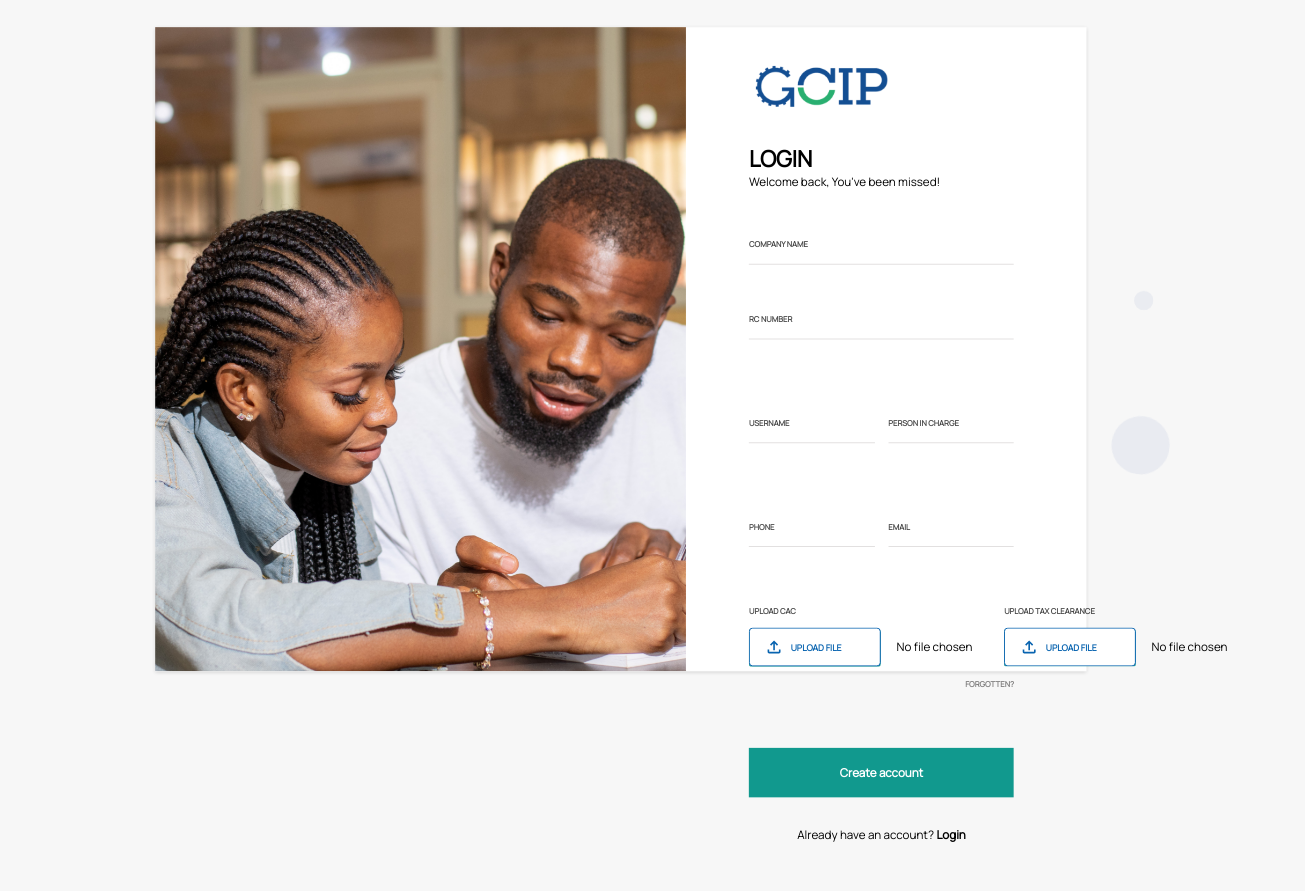
Repository: mualiyu/GCIP-Applicant-Portal
Page: /signup
An editor plug-in stored every save of this project. The page is shown before and after the next save, followed by the edit.
The browser window is 1280 px wide. The page is 1284 px wide, then 1345 px, so the pictures cover 1345 px, including what lies to the right of the window. The pictures show the whole page, at 97% of full size.
The project was rebuilt for these pictures with package versions that can differ from the ones it lists, and the page was loaded fresh each time. Also part of the build but not shown: vite.config.ts, src/pages/styles/login.css, src/components/Common.tsx, src/components/styles/input.css, src/components/Input.tsx, src/components/styles/button.css, src/assets/Colors/Colors.ts, src/components/Button.tsx and 83 more.

Above is the page before, as saved 2024-03-13 05:32:44.

After the next save:
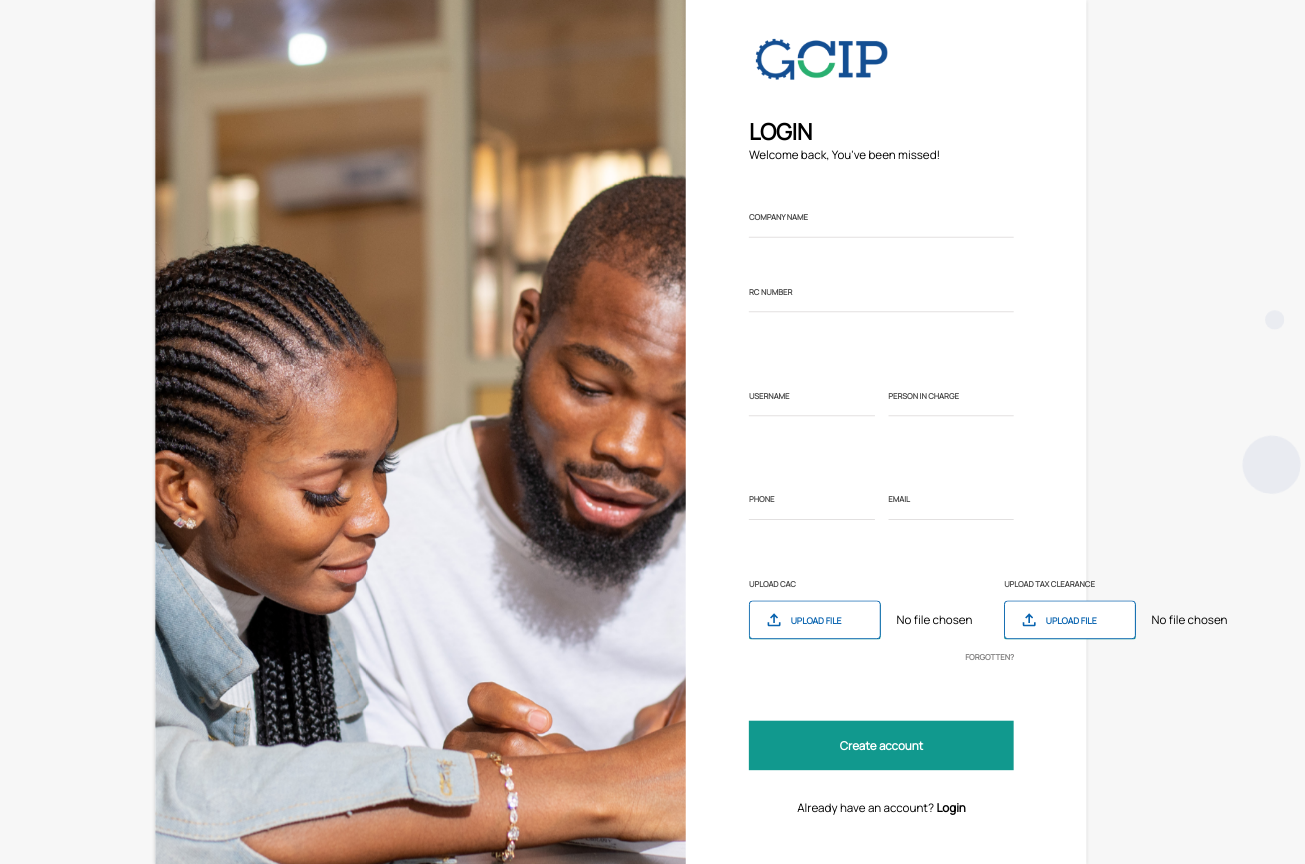
Saved 2 min 16 s later.
--- a/src/pages/SignUp.tsx
+++ b/src/pages/SignUp.tsx
@@ -110,7 +110,7 @@ function Login() {
 
         {error && <Alert text="Upload CAC & Tax Clearance Certificates" />}
         <Alert text={callTetx} />
-        <div className="col-9 flex flex-center shadow_light auth mt-xl light bubble3">
+        <div className="col-9 flex flex-center shadow_light auth_register mt-xl light bubble3">
           <div className="col-8 login-banner"></div>
           <div className="col-5 pl-xl pr-xl bubble2">
             <div className="form-container">
